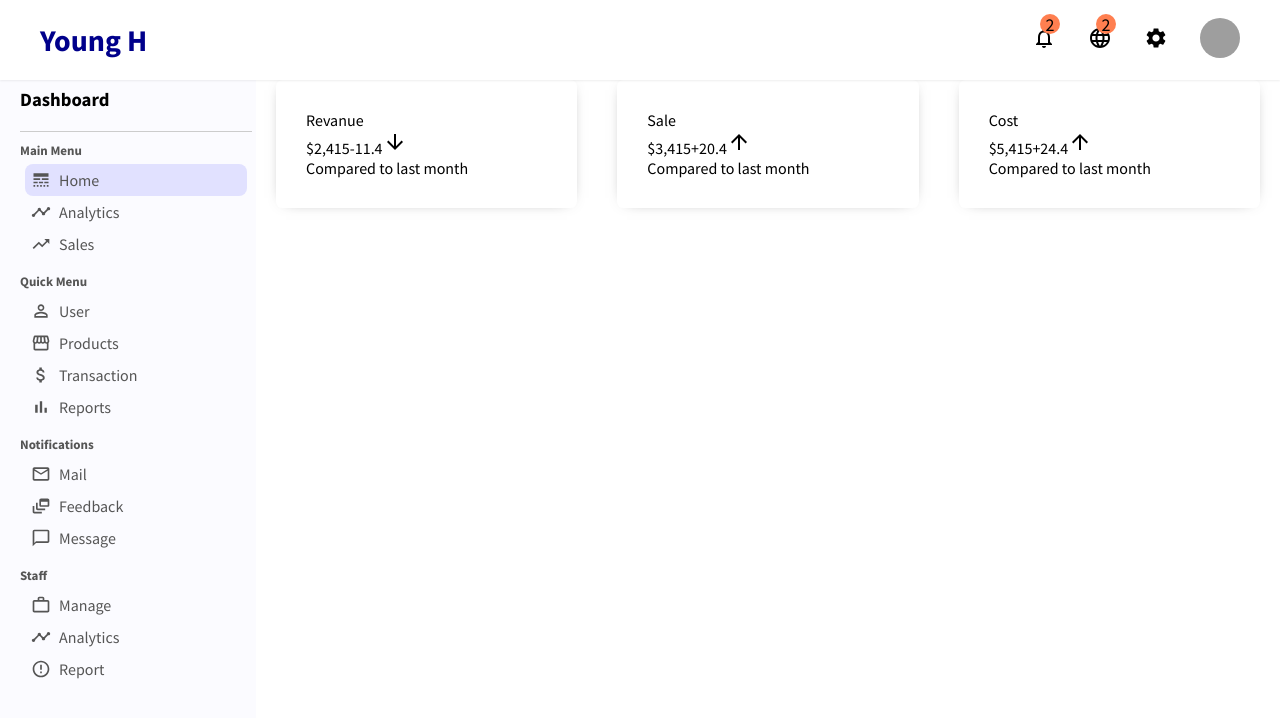
Repository: noname20011/admin
Page: /
An editor plug-in stored every save of this project. The page is shown before and after the next save, followed by the edit.
The browser window is 1280 px wide. The pictures show the whole page.
Pictures or frames that could not be fetched are drawn as grey boxes. The project was rebuilt for these pictures with package versions that can differ from the ones it lists, and the page was loaded fresh each time.

Above is the page before, as saved 2021-11-13 11:08:44.

After the next save:
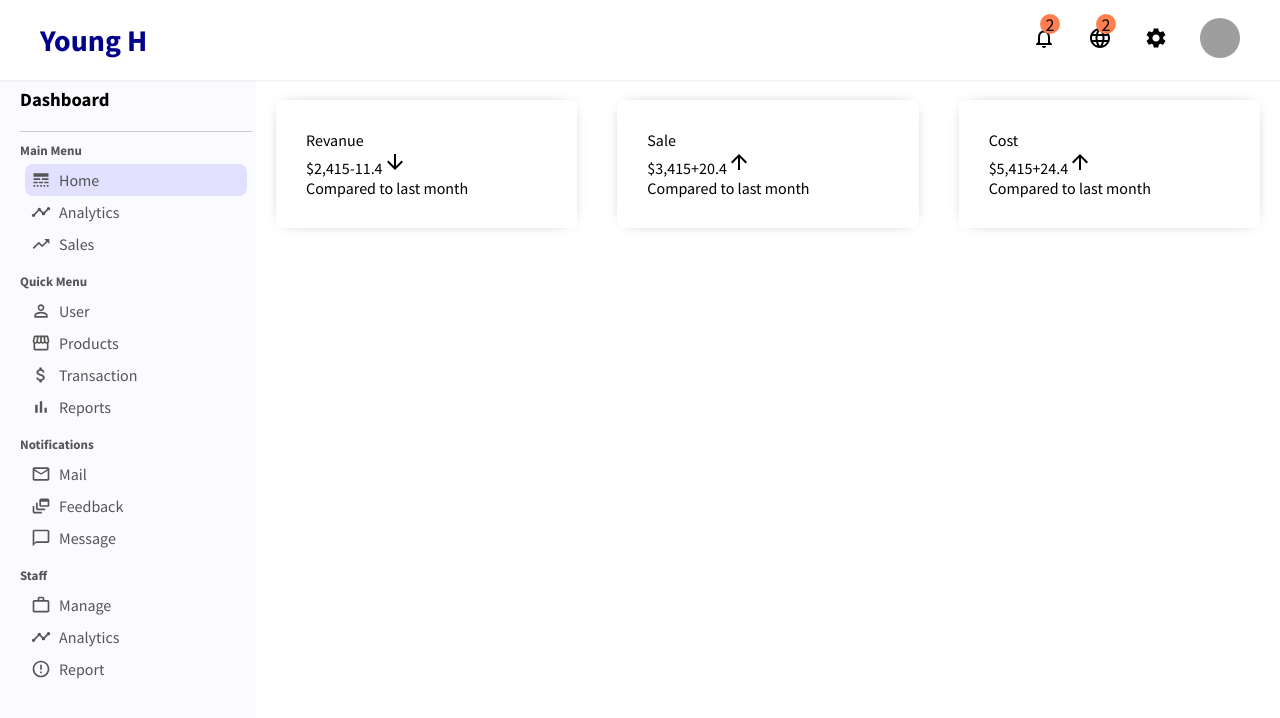
Saved 20 s later.
--- a/src/comopnents/featureInfo/feature.css
+++ b/src/comopnents/featureInfo/feature.css
@@ -5,7 +5,7 @@
 }
 .featuredItem {
     flex: 1;
-    margin: 0 20px;
+    margin: 20px 20px;
     padding: 30px;
     border-radius: .4rem;
     cursor: pointer;
